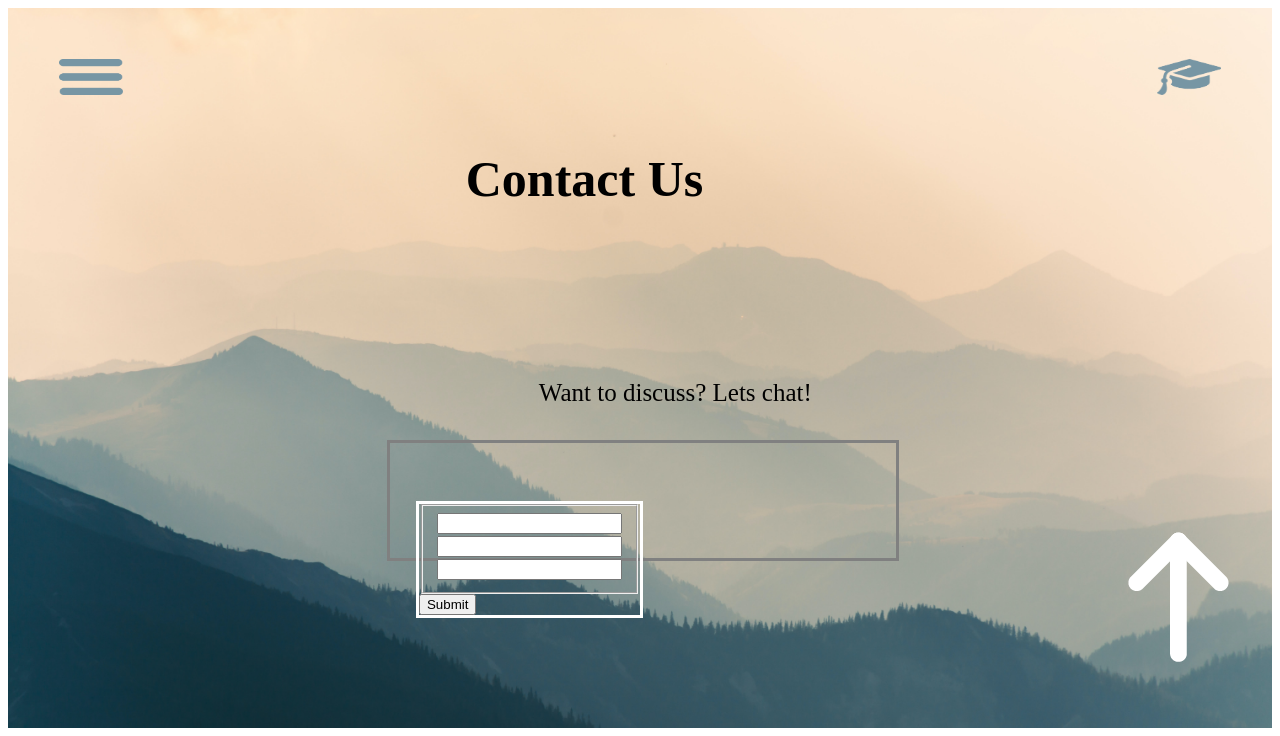
Repository: sierralaurent/MDIA2109-Assignment01
Page: /contact
These files come from the project's save history. The page is drawn as it stood at one moment and after the next save; the edit follows.
The browser window is 1280 px wide. The pictures show the whole page.
The project was rebuilt for these pictures with package versions that can differ from the ones it lists, and the page was loaded fresh each time. The framework's server and built-in components were replaced by stand-ins that run in the browser. Also part of the build but not shown: next.config.js.

Above is the page before, as saved 2023-02-02 12:35:22.

After the next save:
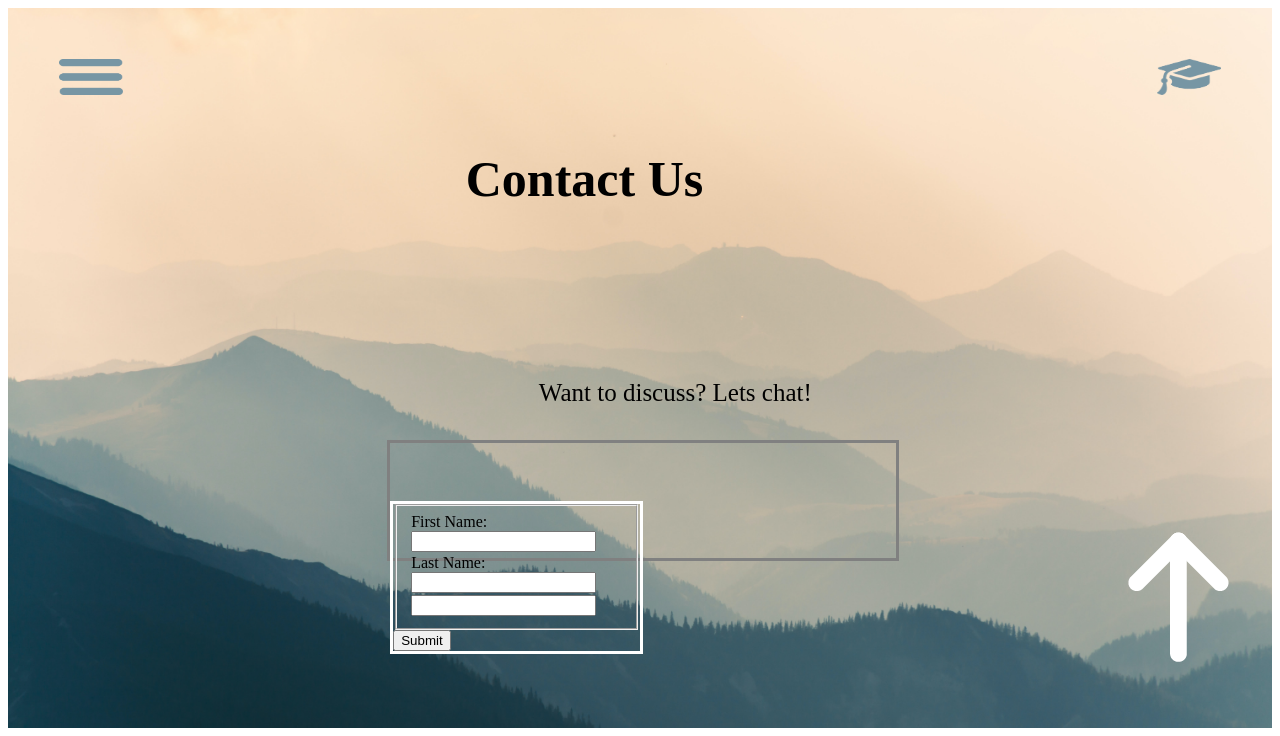
Saved 28 min 37 s later.
--- a/pages/contact.js
+++ b/pages/contact.js
@@ -29,12 +29,12 @@ export default function Contact() {
                 <table>
                     <thead>
                         <tr>
-                          <label></label>
-                          <input></input>
+                          <label for="fname">First Name:</label>
+                          <input type="text" id="fname" name="fname"></input>
                         </tr>
                         <tr>
-                          <label></label>
-                          <input></input>
+                          <label for="lname">Last Name:</label>
+                          <input type="text" id="name" name="lname"></input>
                         </tr>
                     </thead>
                     <thead>
